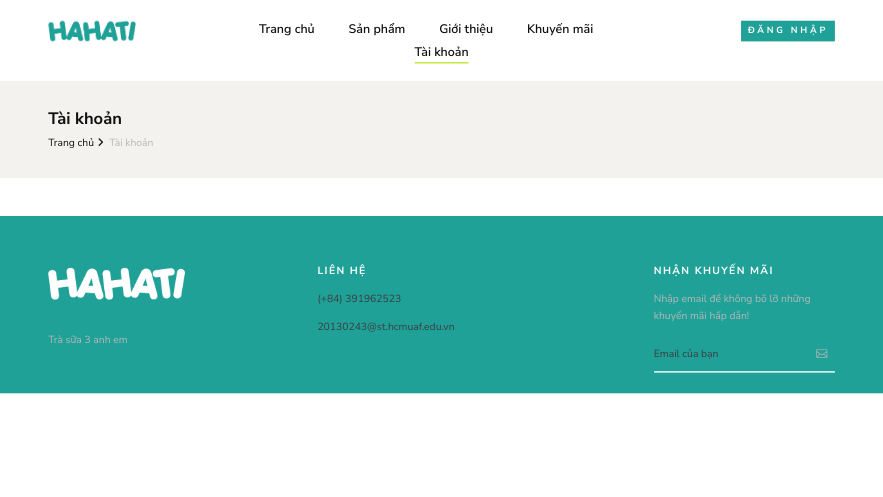
Repository: letrongtinh27/template
Page: blog.html
These files come from the project's save history. The page is drawn as it stood at one moment and after the next save; the edit follows.
The browser window is 1280 px wide. The pictures show the whole page, at 69% of full size.

Above is the page before, as saved 2022-10-25 18:41:06.

### blog.html
<!DOCTYPE html>
<html lang="zxx">
  <head>
    <meta charset="UTF-8" />
    <meta name="description" content="Male_Fashion Template" />
    <meta name="keywords" content="Male_Fashion, unica, creative, html" />
    <meta name="viewport" content="width=device-width, initial-scale=1.0" />
    <meta http-equiv="X-UA-Compatible" content="ie=edge" />
    <title>HAHATI | Tài khoản</title>

    <!-- Google Font -->
    <link
      href="https://fonts.googleapis.com/css2?family=Nunito+Sans:wght@300;400;600;700;800;900&display=swap"
      rel="stylesheet"
    />

    <!-- Css Styles -->
    <link rel="stylesheet" href="css/bootstrap.min.css" type="text/css" />
    <link rel="stylesheet" href="css/font-awesome.min.css" type="text/css" />
    <link
      rel="stylesheet"
      href="https://cdnjs.cloudflare.com/ajax/libs/font-awesome/6.2.0/css/all.min.css"
      integrity="sha512-xh6O/CkQoPOWDdYTDqeRdPCVd1SpvCA9XXcUnZS2FmJNp1coAFzvtCN9BmamE+4aHK8yyUHUSCcJHgXloTyT2A=="
      crossorigin="anonymous"
      referrerpolicy="no-referrer"
    />
    <link rel="stylesheet" href="css/elegant-icons.css" type="text/css" />
    <link rel="stylesheet" href="css/magnific-popup.css" type="text/css" />
    <link rel="stylesheet" href="css/nice-select.css" type="text/css" />
    <link rel="stylesheet" href="css/owl.carousel.min.css" type="text/css" />
    <link rel="stylesheet" href="css/slicknav.min.css" type="text/css" />
    <link rel="stylesheet" href="css/style.css" type="text/css" />
    <link rel="stylesheet" href="css/account.css" type="text/css" />
  </head>

  <body>
    <!-- Page Preloder -->
    <div id="preloder">
      <div class="loader"></div>
    </div>

    <!-- Offcanvas Menu Begin -->
    <div class="offcanvas-menu-overlay"></div>
    <div class="offcanvas-menu-wrapper">
      <div class="offcanvas__option">
        <div class="offcanvas__links">
          <a href="#">Sign in</a>
        </div>
      </div>
      <div class="offcanvas__nav__option">
        <a href="#" class="search-switch"
          ><img src="img/icon/search.png" alt=""
        /></a>
        <a href="#"><img src="img/icon/heart.png" alt="" /></a>
        <a href="#"><img src="img/icon/cart.png" alt="" /> <span>0</span></a>
        <div class="price">$0.00</div>
      </div>
      <div id="mobile-menu-wrap"></div>
    </div>
    <!-- Offcanvas Menu End -->

    <!-- Header Section Begin -->
    <header class="header">
      <div class="container">
        <div class="row">
          <div class="col-lg-3 col-md-3">
            <div class="header__logo">
              <a href="./index.html"
                ><img class="logo-small" src="img/logo.png" alt=""
              /></a>
            </div>
          </div>
          <div class="col-lg-6 col-md-6">
            <nav class="header__menu mobile-menu">
              <ul>
                <li><a href="./index.html">Trang chủ</a></li>
                <li class=""><a href="./shop.html">Sản phẩm</a></li>
                <li class=""><a href="#">Giới thiệu</a></li>
                <li class=""><a href="#">Khuyến mãi</a></li>
                <li class="active"><a href="./account.html">Tài khoản</a></li>
              </ul>
            </nav>
          </div>
          <div class="col-lg-3 col-md-3">
            <div class="header__nav__option">
              <a href="#" class="primary-btn login-btn">Đăng nhập</a>
            </div>
          </div>
        </div>
        <div class="canvas__open"><i class="fa fa-bars"></i></div>
      </div>
    </header>
    <!-- Header Section End -->

    <!-- Breadcrumb Section Begin -->
    <section class="breadcrumb-option">
      <div class="container">
        <div class="row">
          <div class="col-lg-12">
            <div class="breadcrumb__text">
              <h4>Tài khoản</h4>
              <div class="breadcrumb__links">
                <a href="./index.html">Trang chủ</a>
                <span>Tài khoản</span>
              </div>
            </div>
          </div>
        </div>
      </div>
    </section>
    <!-- Breadcrumb Section End -->

    <!-- Shopping Cart Section Begin -->
    <section class="blog">

    </section>
    <footer class="footer">
      <div class="container">
        <div class="row">
          <div class="col-lg-3 col-md-6 col-sm-6">
            <div class="footer__about">
              <div class="footer__logo">
                <a href="#"><img src="img/footer-logo.png" alt="" /></a>
              </div>
              <p>Trà sữa 3 anh em</p>
            </div>
          </div>
          <div class="col-lg-2 offset-lg-1 col-md-3 col-sm-6">
            <div class="footer__widget">
              <h6>Liên hệ</h6>
              <ul>
                <li>
                  <p>(+84) 391962523</p>
                </li>
                <li>
                  <p>20130243@st.hcmuaf.edu.vn</p>
                </li>
              </ul>
            </div>
          </div>
          <div class="col-lg-2 col-md-3 col-sm-6">
            <div class="footer__widget"></div>
          </div>
          <div class="col-lg-3 offset-lg-1 col-md-6 col-sm-6">
            <div class="footer__widget">
              <h6>Nhận khuyến mãi</h6>
              <div class="footer__newslatter">
                <p>Nhập email để không bõ lỡ những khuyến mãi hấp dẫn!</p>
                <form action="#">
                  <input type="text" placeholder="Email của bạn" />
                  <button type="submit">
                    <span class="icon_mail_alt"></span>
                  </button>
                </form>
              </div>
            </div>
          </div>
        </div>
      </div>
    </footer>
    <!-- Footer Section End -->

    <!-- Search Begin -->
    <div class="search-model">
      <div class="h-100 d-flex align-items-center justify-content-center">
        <div class="search-close-switch">+</div>
        <form class="search-model-form">
          <input type="text" id="search-input" placeholder="Search here....." />
        </form>
      </div>
    </div>
    <!-- Search End -->

    <!-- Js Plugins -->
    <script src="js/jquery-3.3.1.min.js"></script>
    <script src="js/jquery.nice-select.min.js"></script>
    <script src="js/jquery.nicescroll.min.js"></script>
    <script src="js/jquery.magnific-popup.min.js"></script>
    <script src="js/jquery.countdown.min.js"></script>
    <script src="js/jquery.slicknav.js"></script>
    <script src="js/mixitup.min.js"></script>
    <script src="js/owl.carousel.min.js"></script>
    <script src="js/main.js"></script>
    <script src="js/account/bootstrap.min.js"></script>
    <script src="assets/js/vendor/jquery-3.5.1.min.js"></script>

  </body>
</html>

### css/account.css
.section-ptb {
  padding: 60px 0;
}
@media only screen and (min-width: 992px) and (max-width: 1199px) {
  .section-ptb {
    padding: 60px 0;
  }
}
@media only screen and (min-width: 768px) and (max-width: 991px) {
  .section-ptb {
    padding: 60px 0;
  }
}
@media only screen and (max-width: 767px) {
  .section-ptb {
    padding: 60px 0;
  }
}
@media only screen and (max-width: 479px) {
  .section-ptb {
    padding: 60px 0;
  }
}

.dashboard-upper-info [class*="col-"]:not(:last-child) .d-single-info {
  border-right: 1px solid #ebebeb;
  padding: 30px 20px;
}
.dashboard-upper-info [class*="col-"]:not(:last-child) .d-single-info p {
  margin-bottom: 0;
}
@media only screen and (min-width: 768px) and (max-width: 991px) {
  .dashboard-upper-info [class*="col-"]:not(:last-child) .d-single-info {
    border-right: medium none;
    padding: 0 0 20px;
  }
}
@media only screen and (max-width: 767px) {
  .dashboard-upper-info [class*="col-"]:not(:last-child) .d-single-info {
    border-right: medium none;
    padding: 0 20px;
  }
}

.dashboard-upper-info {
  border-bottom: 1px solid #ebebeb;
  border-top: 1px solid #ebebeb;
  margin-bottom: 20px;
}
.dashboard-upper-info a.view-cart {
  background: #1fa198;
  color: #ffffff;
  font-size: 14px;
  padding: 5px 12px;
  /* text-transform: capitalize; */
}
.dashboard-upper-info a.view-cart:hover {
  background: #000000;
}
@media only screen and (min-width: 768px) and (max-width: 991px) {
  .dashboard-upper-info {
    border-bottom: medium none;
    border-top: medium none;
  }
}
@media only screen and (max-width: 767px) {
  .dashboard-upper-info {
    border-bottom: medium none;
    border-top: medium none;
  }
}
.dashboard-upper-info [class*="col-"]:not(:last-child) .d-single-info {
  border-right: 1px solid #ebebeb;
  padding: 30px 20px;
}
.dashboard-upper-info [class*="col-"]:not(:last-child) .d-single-info p {
  margin-bottom: 0;
}
@media only screen and (min-width: 768px) and (max-width: 991px) {
  .dashboard-upper-info [class*="col-"]:not(:last-child) .d-single-info {
    border-right: medium none;
    padding: 0 0 20px;
  }
}
@media only screen and (max-width: 767px) {
  .dashboard-upper-info [class*="col-"]:not(:last-child) .d-single-info {
    border-right: medium none;
    padding: 0 20px;
  }
}

.dashboard-upper-info {
  border-bottom: 1px solid #ebebeb;
  border-top: 1px solid #ebebeb;
  margin-bottom: 20px;
}
.dashboard-upper-info a.view-cart {
  background: #1fa198;
  color: #ffffff;
  font-size: 14px;
  padding: 5px 12px;
  /* text-transform: capitalize; */
}
.dashboard-upper-info a.view-cart:hover {
  background: #000000;
}
@media only screen and (min-width: 768px) and (max-width: 991px) {
  .dashboard-upper-info {
    border-bottom: medium none;
    border-top: medium none;
  }
}
@media only screen and (max-width: 767px) {
  .dashboard-upper-info {
    border-bottom: medium none;
    border-top: medium none;
  }
}

.no-gutters {
  margin-left: 0;
  margin-right: 0;
}
.no-gutters > .col,
.no-gutters > [class*="col-"] {
  padding-right: 0;
  padding-left: 0;
  margin: 0;
}

.user-name span {
  color: #303030;
  font-size: 16px;
  font-weight: 600;
}

.dashboard-list li a {
  border-bottom: 1px solid #ebebeb;
  color: #222222;
  display: block;
  font-size: 14px;
  padding: 12px 0;
  /* text-transform: capitalize; */
}
.dashboard-list li:first-child {
  border-top: 1px solid #ebebeb;
}
.tab-content {
  width: 100%;
}
.tab-content .tab-pane {
  display: block;
  height: 0;
  max-width: 100%;
  visibility: hidden;
  overflow: hidden;
  opacity: 0;
}
.tab-content .tab-pane.active {
  height: auto;
  visibility: visible;
  opacity: 1;
  overflow: visible;
}
.dashboard-content {
  border: 1px solid #ebebeb;
  padding: 30px;
}
.dashboard-content h3 {
  border-bottom: 1px solid #ebebeb;
  font-size: 20px;
  font-weight: 600;
  line-height: 24px;
  margin-bottom: 25px;
  padding-bottom: 15px;
  /* text-transform: capitalize; */
}
.dashboard-content .table thead {
  background: #f6f6f6 none repeat scroll 0 0;
  border-bottom: 1px solid #ebebeb;
}
@media only screen and (min-width: 768px) and (max-width: 991px) {
  .dashboard-content .table td {
    min-width: 260px;
  }
}
@media only screen and (max-width: 767px) {
  .dashboard-content .table td {
    min-width: 260px;
  }
}
.dashboard-content .view {
  background: #1fa198;
  color: #ffffff;
  font-size: 14px;
  padding: 5px 12px;
  /* text-transform: capitalize; */
}
.dashboard-content .view:hover {
  background: #000000;
}
@media only screen and (min-width: 768px) and (max-width: 991px) {
  .dashboard-content {
    margin-top: 80px;
  }
}
@media only screen and (max-width: 767px) {
  .dashboard-content {
    margin-top: 60px;
  }
}
.tab-content {
  width: 100%;
}
.tab-content .tab-pane {
  display: block;
  height: 0;
  max-width: 100%;
  visibility: hidden;
  overflow: hidden;
  opacity: 0;
}
.tab-content .tab-pane.active {
  height: auto;
  visibility: visible;
  opacity: 1;
  overflow: visible;
}
.d111 {
  background-color: #efefef;
  padding: 20px 20px 30px;
  margin: 0 !important;
}
.d111 .sp111 {
  margin-left: 10px;
  color: #00adef;
  font-weight: 300;
  border-left: #000000 1px solid;
  font-size: 12px;
}
.d111 p {
  margin: 5px;
}
.d222 h5 {
  font-weight: 700;
  font-size: 16px;
  padding-bottom: 10px;
}
.d222 {
  margin-top: 30px;
}
.table-content table {
  background: #ffffff none repeat scroll 0 0;
  border-color: #ebebeb;
  border-radius: 0;
  border-style: solid;
  border-width: 1px 0 0 1px;
  margin-bottom: 0;
  text-align: center;
  width: 100%;
  text-align: center;
}
.table-content table td {
  border-top: medium none;
  font-size: 16px;
  padding: 20px 10px;
  vertical-align: middle;
  min-width: 140px;
}
.table-content th,
.table-content td {
  border-bottom: 1px solid #ebebeb;
  border-right: 1px solid #ebebeb;
}
.img111 {
  width: 40px;
  border: #efefef 1px solid;
}
.login-register-tab-list {
  text-align: center;
  display: -webkit-box;
  display: -ms-flexbox;
  display: flex;
  -webkit-box-pack: center;
  -ms-flex-pack: center;
  justify-content: center;
  margin-bottom: 40px;
}
.login-register-tab-list a {
  position: relative;
}
.login-register-tab-list a::before {
  background-color: #454545;
  bottom: 5px;
  content: "";
  height: 18px;
  margin: 0 auto;
  position: absolute;
  right: -2px;
  top: 3px;
  -webkit-transition: all 0.4s ease 0s;
  transition: all 0.4s ease 0s;
  width: 1px;
}
.login-register-tab-list a:last-child:before {
  display: none;
}
.login-register-tab-list a.active h4,
.login-register-tab-list a:hover h4 {
  color: #c89979;
}
.login-register-tab-list a h4 {
  font-size: 25px;
  font-weight: 700;
  margin: 0 20px;
  /* text-transform: capitalize; */
  -webkit-transition: all 0.3s ease 0s;
  transition: all 0.3s ease 0s;
}

.login-input-box input {
  border: 1px solid #999999;
  color: #666666;
  margin-bottom: 20px;
  padding: 8px 12px;
  width: 100%;
  font-size: 14px;
}

.login-toggle-btn a {
  float: right;
  color: red;
  font-size: 14px;
}
@media only screen and (max-width: 479px) {
  .login-toggle-btn a {
    float: inherit;
  }
}
.login-toggle-btn input {
  margin-right: 5px;
}

.login-form-container {
  background: rgba(0, 0, 0, 0) none repeat scroll 0 0;
  -webkit-box-shadow: 0 0 6px rgba(0, 0, 0, 0.1);
  box-shadow: 0 0 6px rgba(0, 0, 0, 0.1);
  padding: 60px;
  text-align: left;
}
@media only screen and (max-width: 479px) {
  .login-form-container {
    padding: 30px;
  }
}
.login-form-container .login-btn,
.login-form-container .register-btn {
  margin-top: 20px;
  padding: 8px 30px;
}

.account-login-form .custom-checkbox {
  display: -webkit-box;
  display: -ms-flexbox;
  display: flex;
}
.account-login-form input[type="checkbox"] {
  height: 20px;
  margin: 0 10px 0 0;
  position: relative;
  top: 3px;
  width: auto;
}
.account-login-form .example {
  margin-bottom: 15px;
}
.account-login-form .default-btn {
  margin-top: 15px;
  padding: 6px 28px;
}

.account-input-box label {
  display: block;
  font-size: 15px;
  margin-bottom: 3px;
}
.account-input-box input {
  width: 100%;
  margin-bottom: 12px;
  border: 1px solid #ddd;
  padding: 4px 10px;
  font-size: 15px;
}
.p441 {
  font-weight: 300;
  margin-bottom: 5px;
}
.d331 {
  background-color: #f1f1f1;
  padding: 20px;
  margin-bottom: 10px;
}
.d332 {
  font-weight: 300;
  padding-bottom: 10px;
}
.d333 {
  padding-bottom: 10px;
}
.sp333 {
  border-radius: 3px;
  background-color: #1da1f2;
  color: #fff;
  font-size: 12px;
  padding: 2px 6px;
  margin-left: 10px;
}
.b333 {
  min-width: 100px;
  margin: 5px;
  text-align: center;
}
.btn,
.btn-2 {
  border: 1px solid #626262;
  line-height: 24px;
  padding: 10px 40px;
  font-size: 15px;
  font-weight: 500;
  text-transform: uppercase;
  color: #3a3a3a;
  overflow: hidden;
  position: relative;
  z-index: 1;
  -webkit-transition: all 0.3s ease 0s;
  transition: all 0.3s ease 0s;
}
.btn:focus,
.btn-2:focus {
  outline: none;
}
.btn::before,
.btn-2::before {
  position: absolute;
  left: 50%;
  top: 50%;
  height: 0;
  width: 150%;
  background-color: #1fa198;
  -webkit-transition: all 0.3s ease 0s;
  transition: all 0.3s ease 0s;
  content: "";
  -webkit-transform: translateX(-50%) translateY(-50%) rotate(-30deg);
  transform: translateX(-50%) translateY(-50%) rotate(-30deg);
  opacity: 0;
  z-index: -1;
}
.btn:hover,
.btn-2:hover {
  color: #fff;
}
.btn:hover::before,
.btn-2:hover::before {
  height: 300%;
  opacity: 1;
}
.btn.hover-theme::before,
.btn-2.hover-theme::before {
  background-color: #c89979;
}
.btn.hover-theme:hover,
.btn-2.hover-theme:hover {
  border-color: #c89979;
  color: #3a3a3a;
}
.btn.hover-theme:hover::before,
.btn-2.hover-theme:hover::before {
  height: 300%;
  opacity: 1;
}
.btn.btn-circle,
.btn-2.btn-circle {
  border-radius: 50px;
}
.btn.btn-radius,
.btn-2.btn-radius {
  border-radius: 5px;
}
.btn.btn-square,
.btn-2.btn-square {
  border-radius: 0;
}
.btn.btn-text,
.btn-2.btn-text {
  border-radius: 0;
  padding: 0;
  line-height: 20px;
  border: none;
}
.btn.btn-text::before,
.btn-2.btn-text::before {
  display: none;
}
.btn.btn-text.hover-theme:hover,
.btn-2.btn-text.hover-theme:hover {
  color: #c89979;
}
.btn.btn-underline,
.btn-2.btn-underline {
  text-decoration: underline;
}
.btn.btn-large,
.btn-2.btn-large {
  padding: 15px 40px;
  font-size: 16px;
}
@media only screen and (max-width: 767px) {
  .btn.btn-large,
  .btn-2.btn-large {
    font-size: 12px;
    padding: 7px 25px;
  }
}
@media only screen and (max-width: 479px) {
  .btn.btn-large,
  .btn-2.btn-large {
    font-size: 11px;
    padding: 4px 15px;
    margin-top: 15px;
  }
}
.btn.btn-medium,
.btn-2.btn-medium {
  padding: 7px 20px;
  font-size: 12px;
}
@media only screen and (max-width: 767px) {
  .btn.btn-medium,
  .btn-2.btn-medium {
    font-size: 12px;
    padding: 7px 25px;
  }
}
@media only screen and (max-width: 479px) {
  .btn.btn-medium,
  .btn-2.btn-medium {
    font-size: 11px;
    padding: 4px 15px;
    margin-top: 15px;
  }
}
.btn.btn-small,
.btn-2.btn-small {
  padding: 4px 15px;
  font-size: 11px;
}
@media only screen and (max-width: 767px) {
  .btn,
  .btn-2 {
    font-size: 12px;
    padding: 7px 25px;
  }
}
@media only screen and (max-width: 479px) {
  .btn,
  .btn-2 {
    font-size: 11px;
    padding: 4px 15px;
  }
}

.btn-2 {
  padding: 8px 30px;
}

.btn__edit {
  padding-left: 10px;
  font-weight: 500;
  color: black;
}

.btn__edit:hover {
  color: #1fa198;
}

.b333 {
  min-width: 100px;
  margin: 5px;
  text-align: center;
}
.address {
  display: contents;
}

Loaded but not shown: css/bootstrap.min.css (library); css/font-awesome.min.css (library); css/magnific-popup.css (library); css/nice-select.css (common file); css/owl.carousel.min.css (library); css/slicknav.min.css (common file); js/jquery-3.3.1.min.js (library); js/jquery.nice-select.min.js (common file); js/jquery.nicescroll.min.js (library); js/jquery.magnific-popup.min.js (library); js/jquery.countdown.min.js (library); js/jquery.slicknav.js (library); js/mixitup.min.js (library); js/owl.carousel.min.js (library); js/account/bootstrap.min.js (library); assets/js/vendor/jquery-3.5.1.min.js (library); js/main.js (216 lines, source omitted); css/style.css (3856 lines, source omitted); css/elegant-icons.css (1157 lines, source omitted)

After the next save:
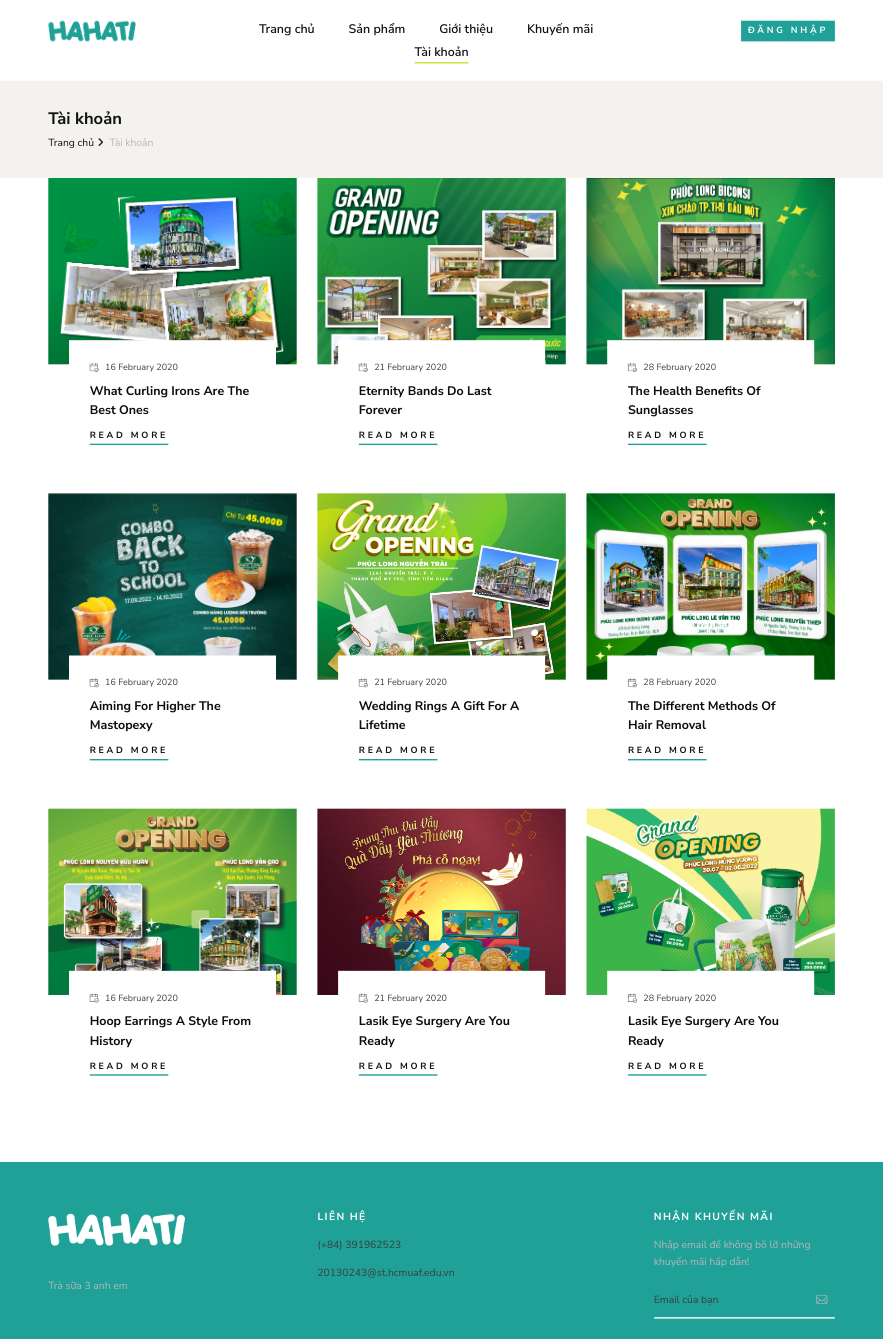
Saved 3 min 9 s later.
--- a/blog.html
+++ b/blog.html
@@ -30,7 +30,6 @@
     <link rel="stylesheet" href="css/owl.carousel.min.css" type="text/css" />
     <link rel="stylesheet" href="css/slicknav.min.css" type="text/css" />
     <link rel="stylesheet" href="css/style.css" type="text/css" />
-    <link rel="stylesheet" href="css/account.css" type="text/css" />
   </head>
 
   <body>
@@ -112,7 +111,100 @@
 
     <!-- Shopping Cart Section Begin -->
     <section class="blog">
-
+      <div class="container">
+        <div class="row">
+            <div class="col-lg-4 col-md-6 col-sm-6">
+                <div class="blog__item">
+                    <div class="blog__item__pic set-bg" data-setbg="img/blog/blog-1.jpg"></div>
+                    <div class="blog__item__text">
+                        <span><img src="img/icon/calendar.png" alt=""> 16 February 2020</span>
+                        <h5>What Curling Irons Are The Best Ones</h5>
+                        <a href="#">Read More</a>
+                    </div>
+                </div>
+            </div>
+            <div class="col-lg-4 col-md-6 col-sm-6">
+                <div class="blog__item">
+                    <div class="blog__item__pic set-bg" data-setbg="img/blog/blog-2.jpg"></div>
+                    <div class="blog__item__text">
+                        <span><img src="img/icon/calendar.png" alt=""> 21 February 2020</span>
+                        <h5>Eternity Bands Do Last Forever</h5>
+                        <a href="#">Read More</a>
+                    </div>
+                </div>
+            </div>
+            <div class="col-lg-4 col-md-6 col-sm-6">
+                <div class="blog__item">
+                    <div class="blog__item__pic set-bg" data-setbg="img/blog/blog-3.jpg"></div>
+                    <div class="blog__item__text">
+                        <span><img src="img/icon/calendar.png" alt=""> 28 February 2020</span>
+                        <h5>The Health Benefits Of Sunglasses</h5>
+                        <a href="#">Read More</a>
+                    </div>
+                </div>
+            </div>
+            <div class="col-lg-4 col-md-6 col-sm-6">
+                <div class="blog__item">
+                    <div class="blog__item__pic set-bg" data-setbg="img/blog/blog-4.jpg"></div>
+                    <div class="blog__item__text">
+                        <span><img src="img/icon/calendar.png" alt=""> 16 February 2020</span>
+                        <h5>Aiming For Higher The Mastopexy</h5>
+                        <a href="#">Read More</a>
+                    </div>
+                </div>
+            </div>
+            <div class="col-lg-4 col-md-6 col-sm-6">
+                <div class="blog__item">
+                    <div class="blog__item__pic set-bg" data-setbg="img/blog/blog-5.jpg"></div>
+                    <div class="blog__item__text">
+                        <span><img src="img/icon/calendar.png" alt=""> 21 February 2020</span>
+                        <h5>Wedding Rings A Gift For A Lifetime</h5>
+                        <a href="#">Read More</a>
+                    </div>
+                </div>
+            </div>
+            <div class="col-lg-4 col-md-6 col-sm-6">
+                <div class="blog__item">
+                    <div class="blog__item__pic set-bg" data-setbg="img/blog/blog-6.jpg"></div>
+                    <div class="blog__item__text">
+                        <span><img src="img/icon/calendar.png" alt=""> 28 February 2020</span>
+                        <h5>The Different Methods Of Hair Removal</h5>
+                        <a href="#">Read More</a>
+                    </div>
+                </div>
+            </div>
+            <div class="col-lg-4 col-md-6 col-sm-6">
+                <div class="blog__item">
+                    <div class="blog__item__pic set-bg" data-setbg="img/blog/blog-7.jpg"></div>
+                    <div class="blog__item__text">
+                        <span><img src="img/icon/calendar.png" alt=""> 16 February 2020</span>
+                        <h5>Hoop Earrings A Style From History</h5>
+                        <a href="#">Read More</a>
+                    </div>
+                </div>
+            </div>
+            <div class="col-lg-4 col-md-6 col-sm-6">
+                <div class="blog__item">
+                    <div class="blog__item__pic set-bg" data-setbg="img/blog/blog-8.jpg"></div>
+                    <div class="blog__item__text">
+                        <span><img src="img/icon/calendar.png" alt=""> 21 February 2020</span>
+                        <h5>Lasik Eye Surgery Are You Ready</h5>
+                        <a href="#">Read More</a>
+                    </div>
+                </div>
+            </div>
+            <div class="col-lg-4 col-md-6 col-sm-6">
+                <div class="blog__item">
+                    <div class="blog__item__pic set-bg" data-setbg="img/blog/blog-9.jpg"></div>
+                    <div class="blog__item__text">
+                        <span><img src="img/icon/calendar.png" alt=""> 28 February 2020</span>
+                        <h5>Lasik Eye Surgery Are You Ready</h5>
+                        <a href="#">Read More</a>
+                    </div>
+                </div>
+            </div>
+        </div>
+    </div>
     </section>
     <footer class="footer">
       <div class="container">
